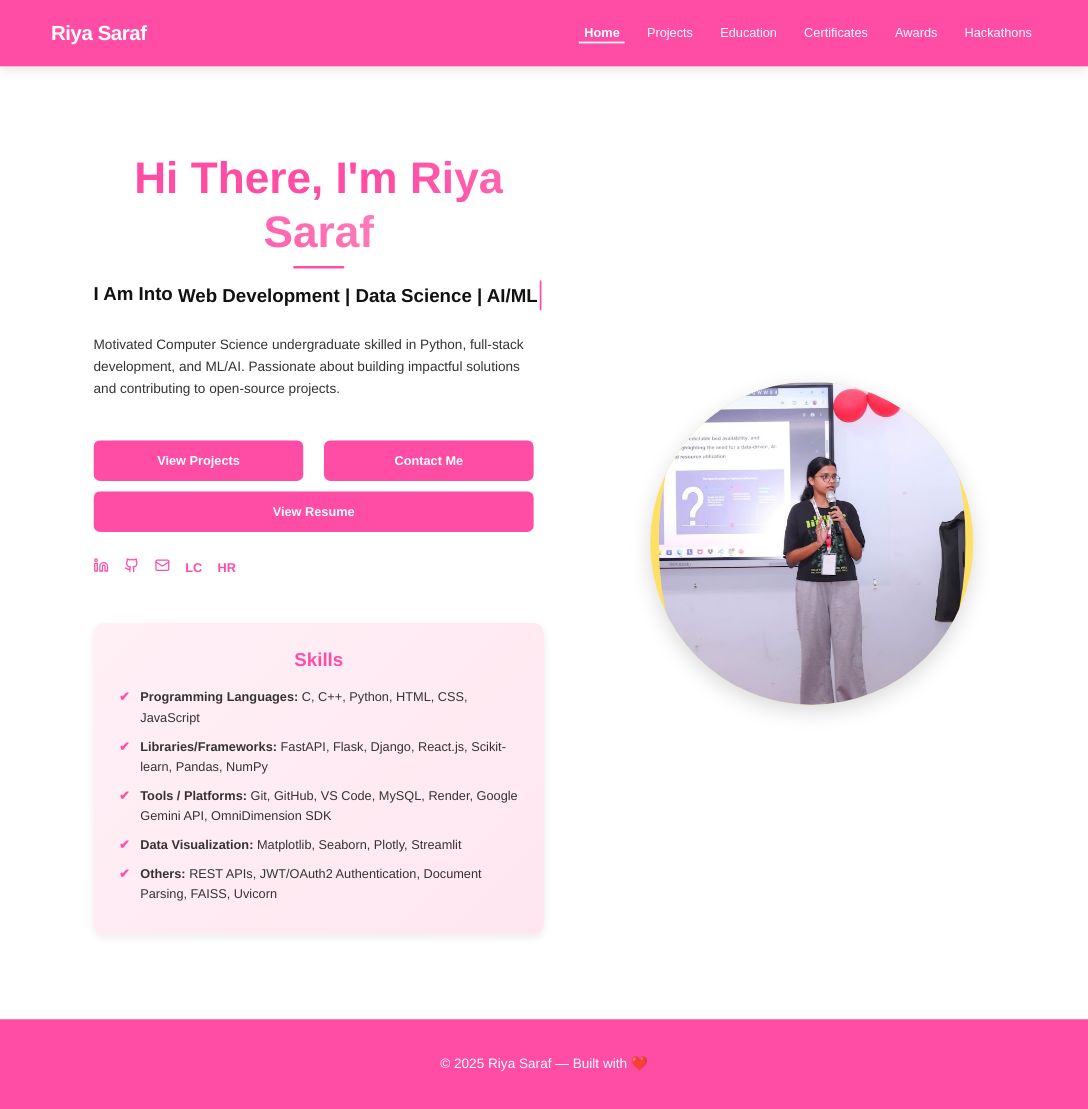
Repository: riyaaaa19/riya-portfolio
Page: /
These files come from the project's save history. The page is drawn as it stood at one moment and after the next save; the edit follows.
The browser window is 1280 px wide. The pictures show the whole page, at 85% of full size.
The project was rebuilt for these pictures with package versions that can differ from the ones it lists, and the page was loaded fresh each time. Also part of the build but not shown: src/components/TimelineCard.js.

Above is the page before, as saved 2025-09-14 14:59:09.

After the next save:
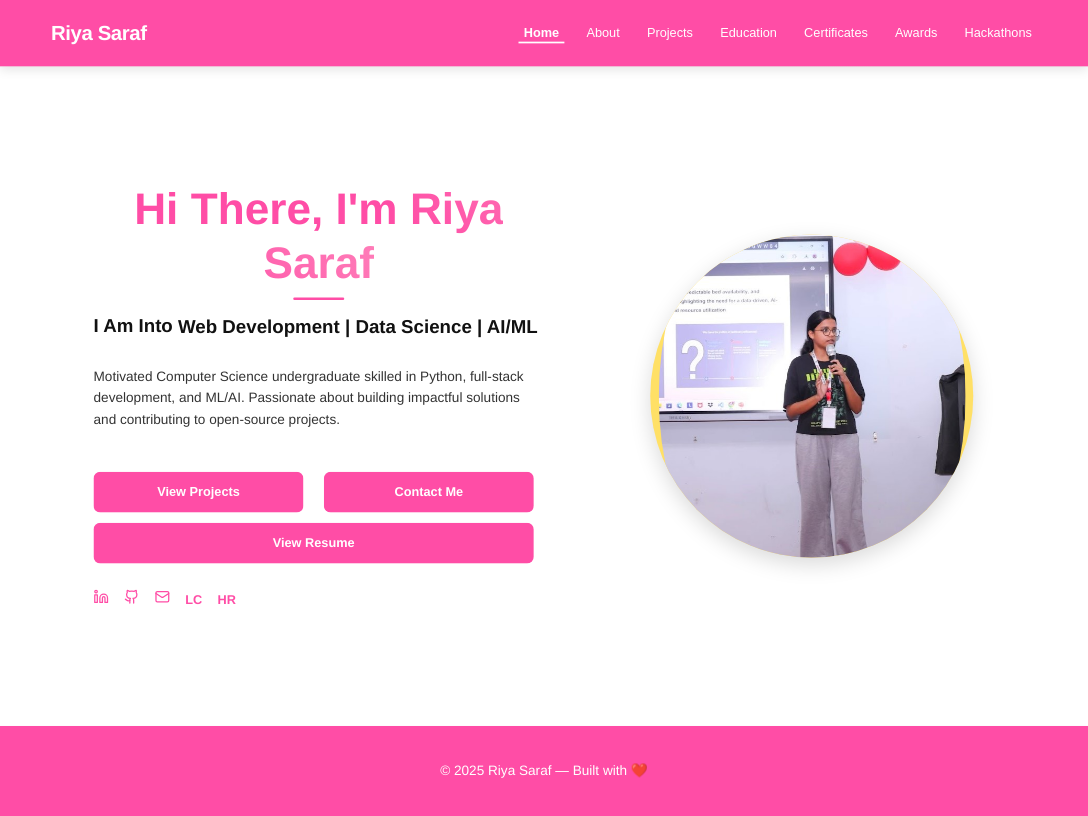
Saved 4 min 32 s later.
--- a/src/App.js
+++ b/src/App.js
@@ -118,7 +118,7 @@ export default function RiyaSarafPortfolio() {
       <header>
         <h1>Riya Saraf</h1>
         <nav>
-          {["home", "projects", "education", "certificates", "awards", "hackathons"].map((page) => (
+          {["home", "about", "projects", "education", "certificates", "awards", "hackathons"].map((page) => (
             <button
               key={page}
               onClick={() => setActivePage(page)}
@@ -130,12 +130,12 @@ export default function RiyaSarafPortfolio() {
         </nav>
       </header>
 
+      {/* ===== Home ===== */}
       {activePage === "home" && (
         <section className="hero">
           <div className="particle-bg">
             <span></span><span></span><span></span><span></span><span></span>
           </div>
-
           <div className="hero-text">
             <h2>
               Hi There, I'm <span className="highlight">Riya Saraf</span>
@@ -152,7 +152,6 @@ export default function RiyaSarafPortfolio() {
               impactful solutions and contributing to open-source projects.
             </p>
 
-            {/* Buttons */}
             <div className="hero-buttons">
               <button className="cta" onClick={() => setActivePage("projects")}>View Projects</button>
               <a
@@ -173,7 +172,6 @@ export default function RiyaSarafPortfolio() {
               </a>
             </div>
 
-            {/* Social Links */}
             <div className="social-icons">
               <a href="https://linkedin.com/in/riya-saraf-9223a9257" target="_blank" rel="noreferrer"><Linkedin size={18} /></a>
               <a href="https://github.com/riyaaaa19" target="_blank" rel="noreferrer"><Github size={18} /></a>
@@ -181,10 +179,26 @@ export default function RiyaSarafPortfolio() {
               <a href="https://leetcode.com/u/riyaaa19/" target="_blank" rel="noreferrer">LC</a>
               <a href="https://www.hackerrank.com/profile/riyasaraf19" target="_blank" rel="noreferrer">HR</a>
             </div>
-
-            {/* ✅ Skills Section */}
-            <div className="skills-section" style={{ marginTop: "40px" }}>
-              <h3 style={{ color: "#ff4da6", marginBottom: "15px" }}>Skills</h3>
+          </div>
+          <div className="hero-img">
+            <div className="avatar-circle">
+              <img src="/images/riya-photo.png" alt="Riya Saraf" />
+            </div>
+          </div>
+        </section>
+      )}
+
+      {/* ===== About Section ===== */}
+      {activePage === "about" && (
+        <section className="about-section">
+          <h2>About Me</h2>
+          <div style={{ display: "flex", flexWrap: "wrap", gap: "40px", alignItems: "center" }}>
+            <div style={{ flex: 1, minWidth: "280px" }}>
+              <p>
+                Motivated Computer Science undergraduate with a strong academic record and consistent top performance.
+                Skilled in Python, data analysis, and problem-solving, with a passion for building impactful tech solutions.
+              </p>
+              <h3 style={{ color: "#ff4da6", marginTop: "20px" }}>Skills</h3>
               <ul style={{ listStyle: "none", padding: 0, lineHeight: "1.8" }}>
                 <li><strong>Programming Languages:</strong> C, C++, Python, HTML, CSS, JavaScript</li>
                 <li><strong>Libraries/Frameworks:</strong> FastAPI, Flask, Django, React.js, Scikit-learn, Pandas, NumPy</li>
@@ -193,17 +207,16 @@ export default function RiyaSarafPortfolio() {
                 <li><strong>Others:</strong> REST APIs, JWT/OAuth2 Authentication, Document Parsing, FAISS, Uvicorn</li>
               </ul>
             </div>
-          </div>
-
-          <div className="hero-img">
-            <div className="avatar-circle">
-              <img src="/images/riya-photo.png" alt="Riya Saraf" />
-            </div>
-          </div>
-        </section>
-      )}
-
-      {/* Other Sections */}
+            <div style={{ flex: "0 0 300px", display: "flex", justifyContent: "center" }}>
+              <div className="avatar-circle">
+                <img src="/images/about.png" alt="About Riya" />
+              </div>
+            </div>
+          </div>
+        </section>
+      )}
+
+      {/* ===== Other Sections Unchanged ===== */}
       {activePage === "projects" && (
         <section>
           <h2>Projects</h2>
